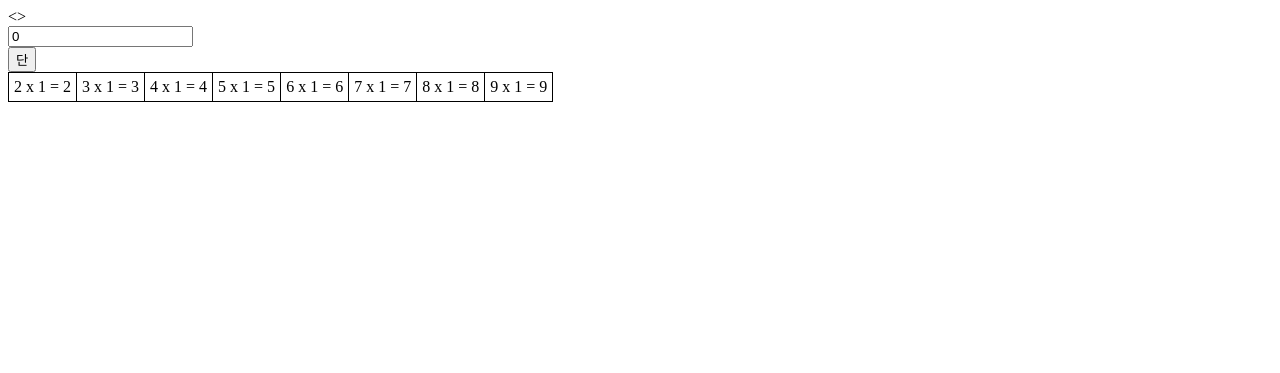
Repository: 5anniversary/JSPhw
Page: http://localhost/lecture1/test/mid1.jsp
The author's editor kept a copy of each file at every save. The page is drawn from the files as they stood at one save, then again after the next save.
The browser window is 1280 px wide. The pictures show the whole page.
The page is served by Tomcat 9.

Above is the page before, as saved 2020-05-04 03:10:53.

After the next save:
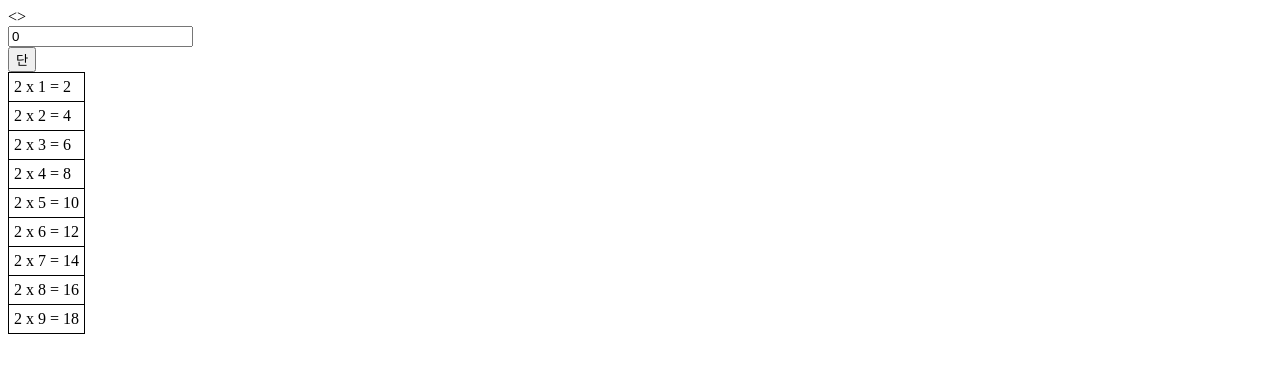
Saved 12 s later.
--- a/lecture1/WebContent/test/mid1.jsp
+++ b/lecture1/WebContent/test/mid1.jsp
@@ -25,9 +25,9 @@ tr, td {
 			<button type="submit" name="cmd" value="ok">단</button>
 		</form>
 		<table>
-			<%for (int i = 1; i < 2; i++) {%>
+			<%for (int i = 1; i < 10; i++) {%>
 			<tr>
-				<% for (int j = 2; j < 10; j++) { %>
+				<% for (int j = 2; j < 3; j++) { %>
 				<td>
 					<% out.print(j + " x " + i + " = " + (i * j)); %>
 				</td>
